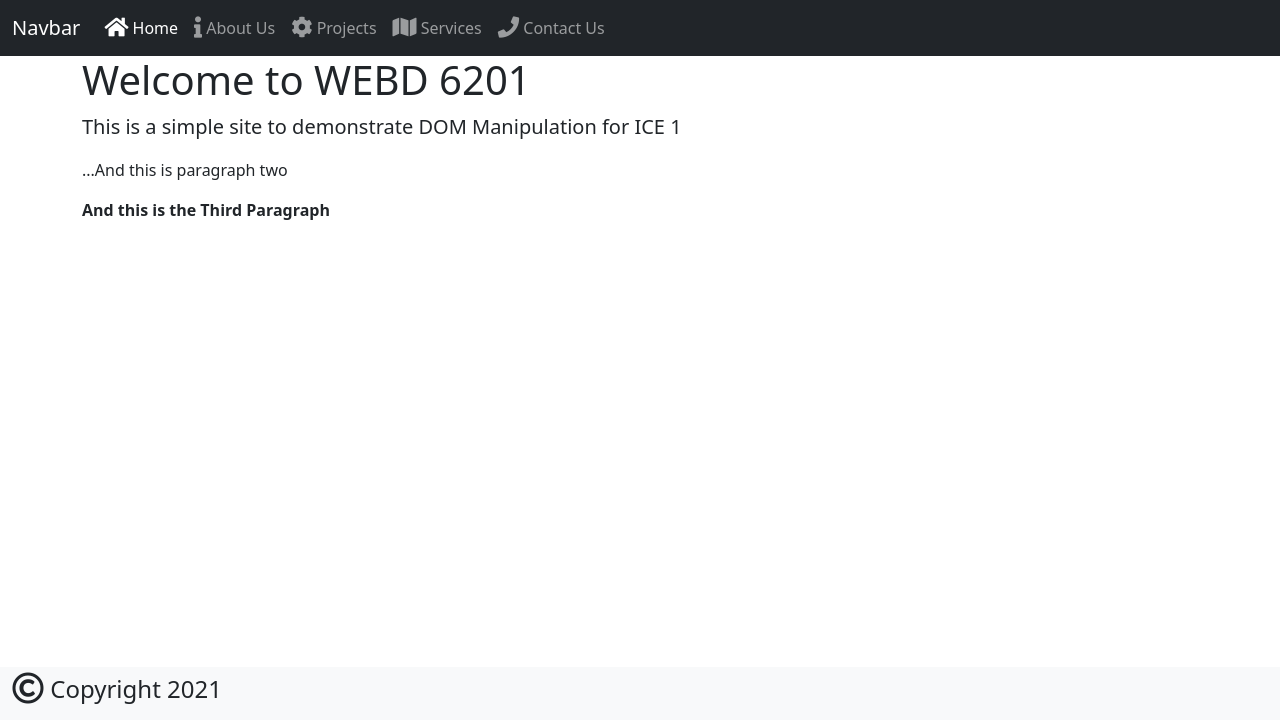
Repository: ErikHayward/WEBD6201-W2021-ICE1b
Page: index.html
The author's editor kept a copy of each file at every save. The page is drawn from the files as they stood at one save, then again after the next save.
The browser window is 1280 px wide. The pictures show the whole page.

Above is the page before, as saved 2021-01-22 20:17:45.

### index.html
<!DOCTYPE html>
<html lang="en">
<head>
    <meta charset="UTF-8">
    <meta name="viewport" content="width=device-width, initial-scale=1.0">
    <title>WEBD6201 - W2021 - ICE 1</title>
    <!-- CSS Section -->
    <link rel="stylesheet" href="./node_modules/bootstrap/dist/css/bootstrap.min.css">
    <link rel="stylesheet" href="./node_modules/@fortawesome/fontawesome-free/css/all.min.css">
    <link rel="stylesheet" href="./Content/app.css">
</head>
<body>

    <header>
        <nav class="navbar navbar-expand-lg navbar-dark bg-dark">
            <div class="container-fluid">
              <a class="navbar-brand" href="#">Navbar</a>
              <button class="navbar-toggler" type="button" data-bs-toggle="collapse" data-bs-target="#navbarSupportedContent" aria-controls="navbarSupportedContent" aria-expanded="false" aria-label="Toggle navigation">
                <span class="navbar-toggler-icon"></span>
              </button>
              <div class="collapse navbar-collapse" id="navbarSupportedContent">
                <ul class="navbar-nav me-auto mb-2 mb-lg-0">

                  <li class="nav-item">
                    <a class="nav-link active" aria-current="page" href="#"><i class="fas fa-home fa-lg"></i> Home</a>
                  </li>

                  <li class="nav-item">
                    <a class="nav-link" aria-current="page" href="#"><i class="fas fa-info fa-lg"></i> About Us</a>
                  </li>

                  <li class="nav-item">
                    <a class="nav-link" aria-current="page" href="#"><i class="fas fa-cog fa-lg"></i> Projects</a>
                  </li>

                  <li class="nav-item">
                    <a class="nav-link" aria-current="page" href="#"><i class="fas fa-map fa-lg"></i> Services</a>
                  </li>

                  <li class="nav-item">
                    <a class="nav-link" aria-current="page" href="#"><i class="fas fa-phone fa-lg"></i> Contact Us</a>
                  </li>

                </ul>
              </div>
            </div>
          </nav>
    </header>

    <main class="container">
        <h1>Welcome to WEBD 6201</h1>
        <p id="paragraphOne"></p>
    </main>

    <footer>
        <nav class="navbar fixed-bottom navbar-light bg-light">
            <div class="container-fluid">
              <h4><i class="far fa-copyright fa-lg"></i> Copyright 2021</h4>
            </div>
          </nav>
    </footer>

    <!-- Script Section -->
    <script src="./node_modules/jquery/dist/jquery.min.js"></script>
    <script src="./node_modules/bootstrap/dist/js/bootstrap.bundle.min.js"></script>
    <script src="./Scripts/app.js"></script>
</body>
</html>

### Content/app.css
/* Custom CSS goes here */

### Scripts/app.js
/* Custom Java Script goes here */

// IIFE - Immediately Invoked Function Expression
// AKA - Anonymous Self-Executing Function
// Closure - limits scope leak

"use strict";

(function(){

    function Start(){
        console.log("App Started...");

        let paragraphOneText = "This is a simple site to demonstrate DOM Manipulation for ICE 1";

        let paragraphOneElement = document.getElementById("paragraphOne");

        paragraphOneElement.textContent = paragraphOneText;
        paragraphOneElement.className = "fs-5";

        // Step 1. document.createElement
        let newParagraph = document.createElement("p");
        // Step 2. configure the element
        newParagraph.setAttribute("id", "paragraphTwo");
        newParagraph.textContent = "...And this is paragraph two";
        // Step 3. select the parent element
        let mainContent = document.getElementsByTagName("main")[0];
        // Step 4. Add / Insert element
        mainContent.appendChild(newParagraph);

        newParagraph.className = "fs-6";

        // another way of injecting content
        let paragraphDiv = document.createElement('div');
        let paragraphThree =`<p id="paragraphThree" class="fs-7 fw-bold">And this is the Third Paragraph</p>`
        paragraphDiv.innerHTML = paragraphThree;

        // insertions

        // example of inserting before a node
        // newParagraph.before(paragraphDiv);

        // example of inserting after a node
        newParagraph.after(paragraphDiv);

    }

    window.addEventListener("load", Start);

})();

Loaded but not shown: node_modules/bootstrap/dist/css/bootstrap.min.css (library); node_modules/@fortawesome/fontawesome-free/css/all.min.css (library); node_modules/jquery/dist/jquery.min.js (library); node_modules/bootstrap/dist/js/bootstrap.bundle.min.js (library)

After the next save:
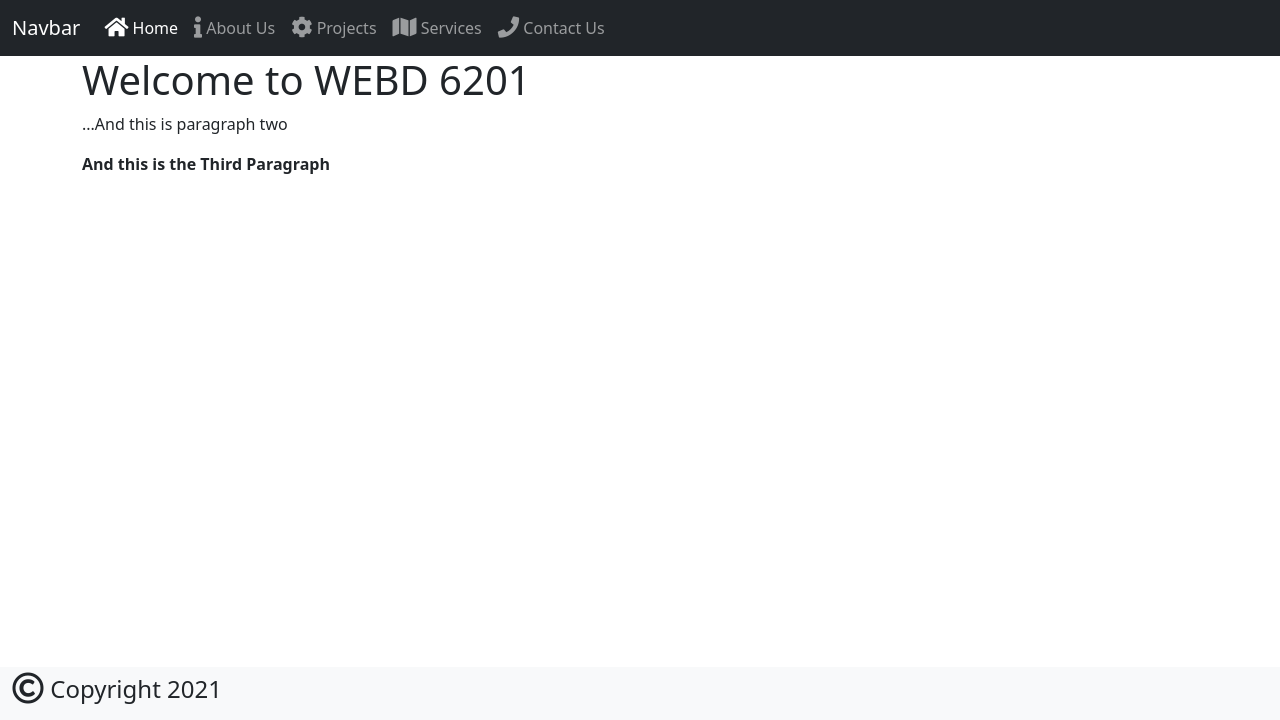
Saved 113 s later.
--- a/Scripts/app.js
+++ b/Scripts/app.js
@@ -43,6 +43,17 @@
         // example of inserting after a node
         newParagraph.after(paragraphDiv);
 
+        // deletions
+
+        // example of removing a single element
+        // paragraphOneElement.remove();
+
+        // example of removeChild
+        mainContent.removeChild(paragraphOneElement);
+
+        // update / modification
+        // mainContent.firstElementChild.textContent = "Welcome Home!";
+
     }
 
     window.addEventListener("load", Start);
